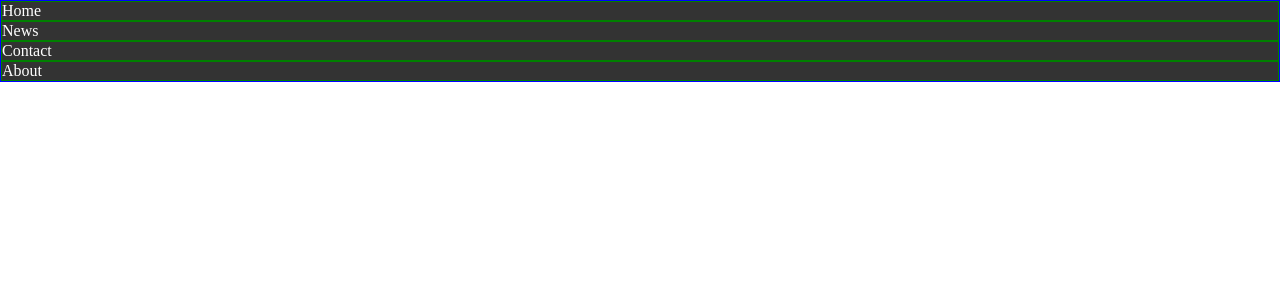
Repository: msgggg1/webPro
Page: webPro/src/main/webapp/html/days04/ex02_review.html
The author's editor kept a copy of each file at every save. The page is drawn from the files as they stood at one save, then again after the next save.
The browser window is 1280 px wide. The pictures show the whole page.

Above is the page before, as saved 2025-04-24 13:53:17.

After the next save:
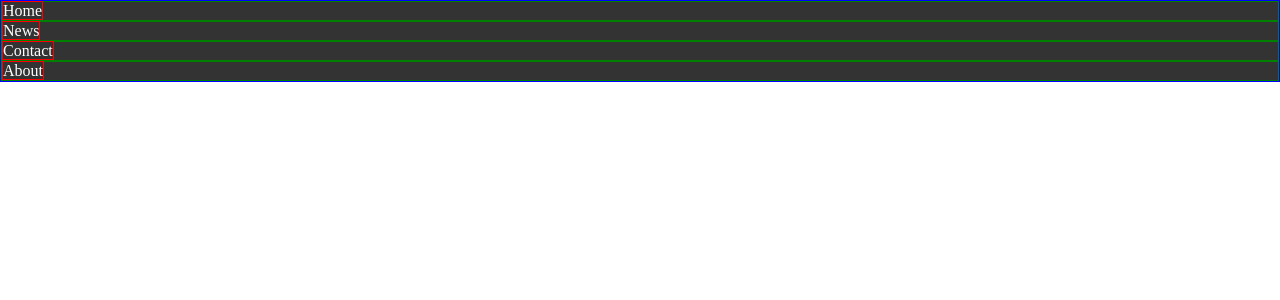
Saved 40 s later.
--- a/webPro/src/main/webapp/html/days04/ex02_review.html
+++ b/webPro/src/main/webapp/html/days04/ex02_review.html
@@ -26,6 +26,7 @@
 	ul#main li a{
 		color: white;
 		text-decoration: none;
+		border: solid 1px red;
 
 	}
 
